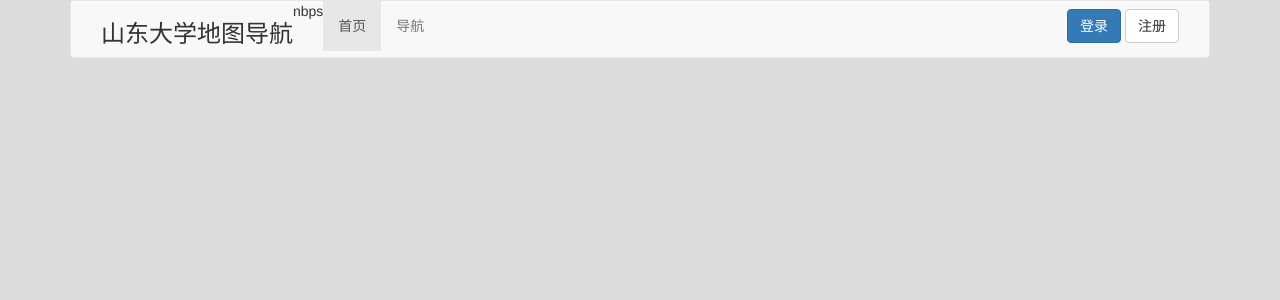
Repository: hhjswhh/JavaEE-experience
Page: http://localhost/SDUMap/Navbar.jsp
An editor plug-in stored every save of this project. The page is shown before and after the next save, followed by the edit.
The browser window is 1280 px wide. The pictures show the whole page.
The page is served by Tomcat 9. Other server files are loaded and not shown.

Above is the page before, as saved 2017-05-03 12:01:19.

### SDUMap/WebRoot/Navbar.jsp
<%@ page language="java" import="java.util.*" pageEncoding="UTF-8"%>
<%
String path = request.getContextPath();
String basePath = request.getScheme()+"://"+request.getServerName()+":"+request.getServerPort()+path+"/";
%>

<!DOCTYPE HTML PUBLIC "-//W3C//DTD HTML 4.01 Transitional//EN">
<html>
  <head>
    <base href="<%=basePath%>">

    <title>My JSP 'Navbar.jsp' starting page</title>

	<meta http-equiv="pragma" content="no-cache">
	<meta http-equiv="cache-control" content="no-cache">
	<meta http-equiv="expires" content="0">
	<meta http-equiv="keywords" content="keyword1,keyword2,keyword3">
	<meta http-equiv="description" content="This is my navbar">
	<link rel="stylesheet" type="text/css" href="bootstrap.min.css">

  </head>

  <body style="height:100%;background-color: gainsboro;">
		<div class="container">
		<nav class="navbar navbar-default">
				<div class="container-fluid">
					<!-- Collect the nav links, forms, and other content for toggling -->
					<div class="collapse navbar-collapse" id="bs-example-navbar-collapse-1">
						<ul class="nav navbar-nav">
							<li class="navbar-left">
								<h3>山东大学地图导航</h3>
							</li>
							<li>
								<p> nbps  </p>
							</li>
							<li class="active">
								<a href="index.jsp">首页<span class="sr-only">(current)</span></a>
							</li>
							<li class="navbar-right">
								<a href="#">导航</a>
							</li>

						</ul>
						<div class="navbar-form navbar-right">
							<a class="btn btn-primary" href="Login.html">登录</a>
							<a class="btn btn-default" href="Register.html">注册</a>
						</div>
					</div>
				</div>
			</nav>

	</div>
	</body>

</html>

Loaded but not shown: SDUMap/WebRoot/bootstrap.min.css (library)

After the next save:
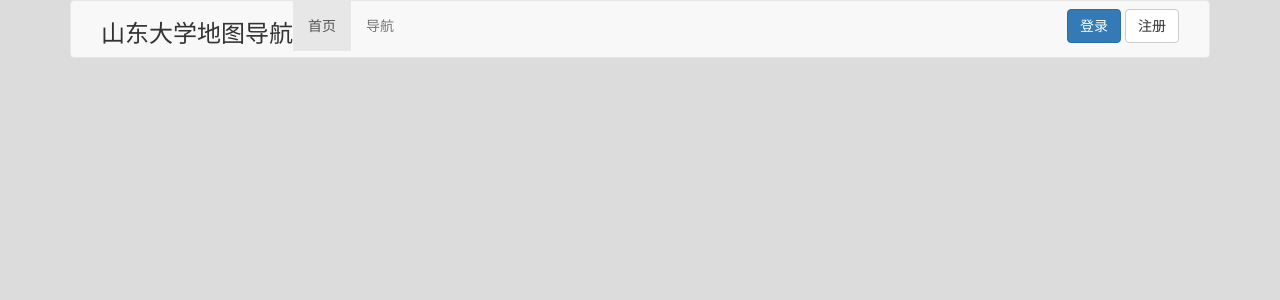
Saved 7 s later.
--- a/SDUMap/WebRoot/Navbar.jsp
+++ b/SDUMap/WebRoot/Navbar.jsp
@@ -31,7 +31,7 @@ String basePath = request.getScheme()+"://"+request.getServerName()+":"+request.
 								<h3>山东大学地图导航</h3>
 							</li>
 							<li>
-								<p> nbps  </p>
+								<p>   </p>
 							</li>
 							<li class="active">
 								<a href="index.jsp">首页<span class="sr-only">(current)</span></a>
